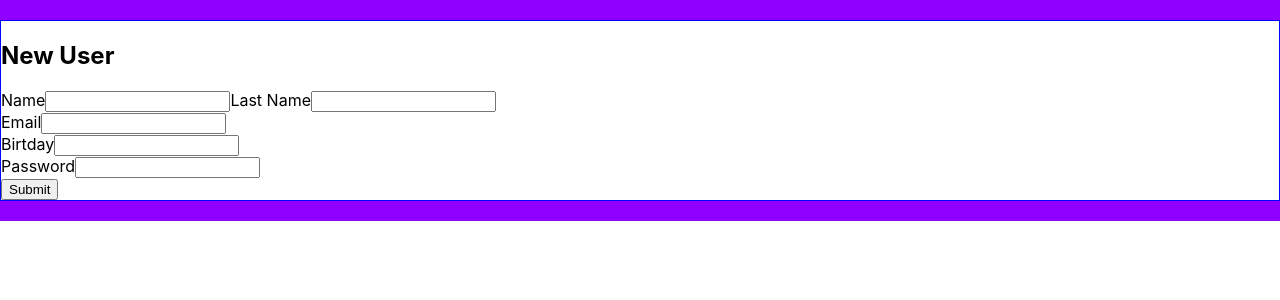
Repository: RobertAries28/CrudUsuarios
Page: /
An editor plug-in stored every save of this project. The page is shown before and after the next save, followed by the edit.
The browser window is 1280 px wide. The pictures show the whole page.
The page's requests for data from a server got no answer. The project was rebuilt for these pictures with package versions that can differ from the ones it lists, and the page was loaded fresh each time. No one was signed in, and anything a server would have sent is missing.

Above is the page before, as saved 2022-05-23 19:00:59.

After the next save:
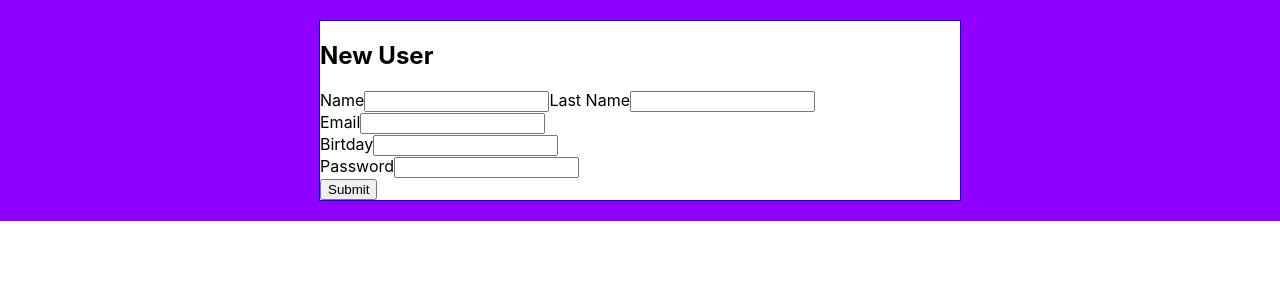
Saved 24 s later.
--- a/src/App.css
+++ b/src/App.css
@@ -28,4 +28,6 @@ ul{
 .formUser{
   border: 1px solid blue;
   background: white;
+  margin: auto;
+  width: 50%;
 }
